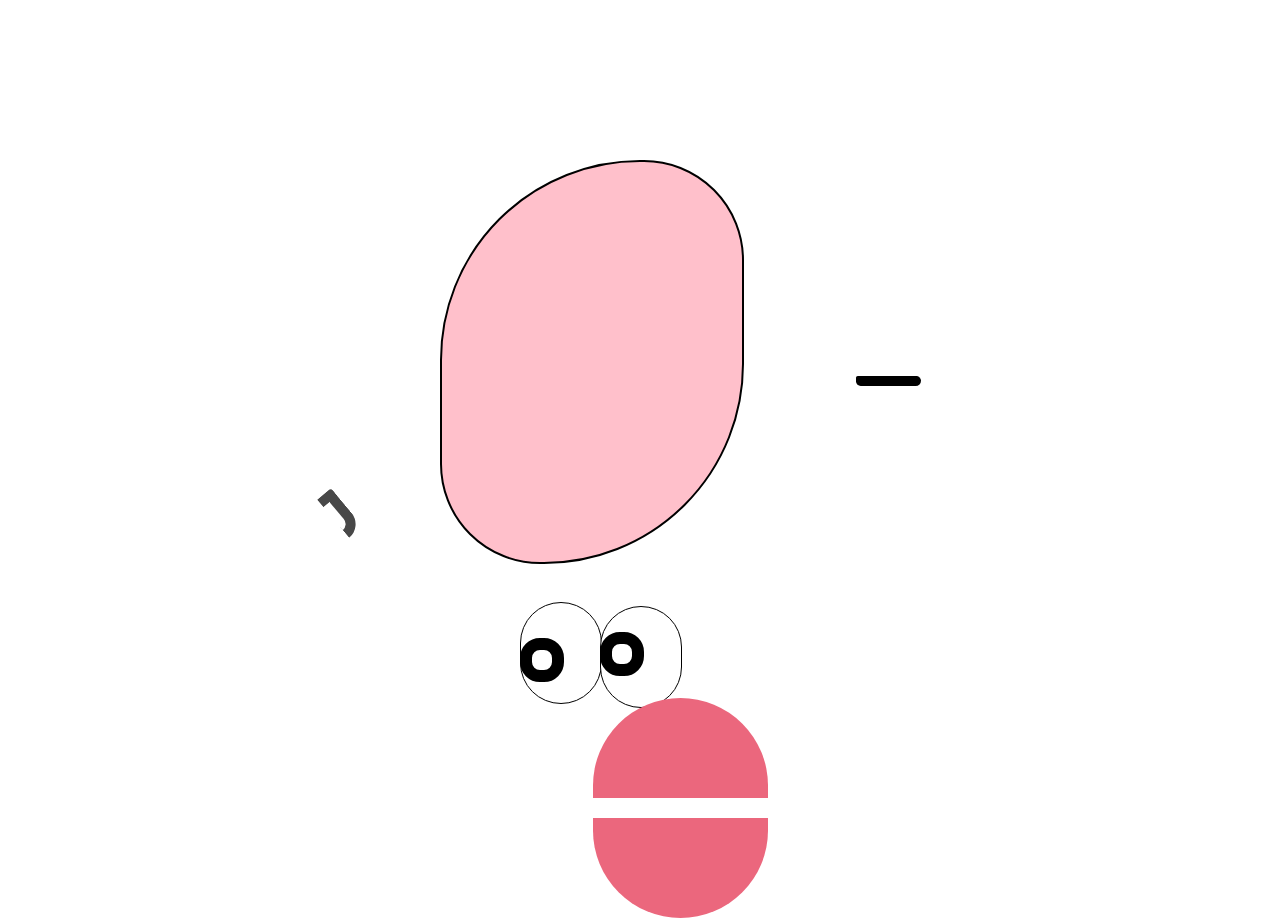
Repository: rodwestmoreland/1150
Page: cssCritter/index.html
An editor plug-in stored every save of this project. The page is shown before and after the next save, followed by the edit.
The browser window is 1280 px wide. The pictures show the whole page.

Above is the page before, as saved 2021-01-25 21:02:52.

### cssCritter/index.html
<!DOCTYPE html>
<html lang="en">
<head>
    <meta charset="UTF-8">
    <meta name="viewport" content="width=device-width, initial-scale=1.0">
    <link rel="stylesheet" href="style.css">
    <title>Welcome to SD 761</title>
</head>
<body>
    <div class="wrapper">
        <div class="object">  <div class="face"></div>
        <div class="left-eyebrow"></div>
          <div class="left-eye"></div>

          <div class="right-eye"></div>
          <div class="mouth"></div>

          <div class="left-pupil"></div>

          <div class="right-pupil"></div>
          <div class="right-eyebrow"></div>
      </div>

</body>
</html>

### cssCritter/style.css
.wrapper{
    position: absolute;
     top: 50%;
   margin-top:-200px;
     left: 50%;
   margin: -200px 0 0 -200px;
 }

 .face{
   width: 300px;
   height: 400px;
   border: solid 2px #000;
   background-color: pink;
   border-radius: 200px 100px;
   z-index: -1;
 }


 .left-eye{
   width: 80px;
   height: 100px;
   border: solid 1px #000;
   background-color: #fff;
   border-radius: 90px;
   margin-top: 20px;
   margin-left: 5em;
   z-index: 2;
 }
 .left-pupil{
    width: 20px;
    height: 20px;
    border: solid 12px #000;
    background-color: #fff;
    border-radius: 20px;
    margin-top: -280px;
    margin-left: 5em;
    z-index: 3;
  }
 .right-eye{
    width: 80px;
    height: 100px;
    border: solid 1px #000;
    background-color: #fff;
    border-radius: 90px;
    margin-top: -98px;
    margin-left: 10em;
    z-index: 2;
  }
  .right-pupil{
    width: 20px;
    height: 20px;
    border: solid 12px #000;
    background-color: #fff;
    border-radius: 20px;
    margin-top: -50px;
    margin-left: 10em;
    z-index: 3;
  }




  .right-eyebrow{
    width: 65px;
    height: 10px;
    background-color: #000;
    top: 50%;
    margin-top: -300px;
    margin-left: 26em;
    border-radius: 30px 80px 90px;
    z-index: 1;
  }
  .left-eyebrow{
    width: 30px;
    height: 8px;
    border-bottom-right-radius:100px;
    border-bottom-left-radius: 500px;
    border: 10px solid #484848;
    border-top: 0;
    position: relative;
    left: -125px;
    top: -60px;
    transform: rotate(-130deg);

  }
 .mouth{
    border-top: none;

    border-top: 100px solid rgb(235, 103, 125);
    -webkit-border-radius: 50px;

    border-bottom: 100px solid rgb(235, 103, 125);
    -webkit-border-radius: 100px;
    border-radius: 100px;
    height: 20px;
    width: 175px;
    margin: -10px auto 0;
    z-index: 10;
 }

After the next save:
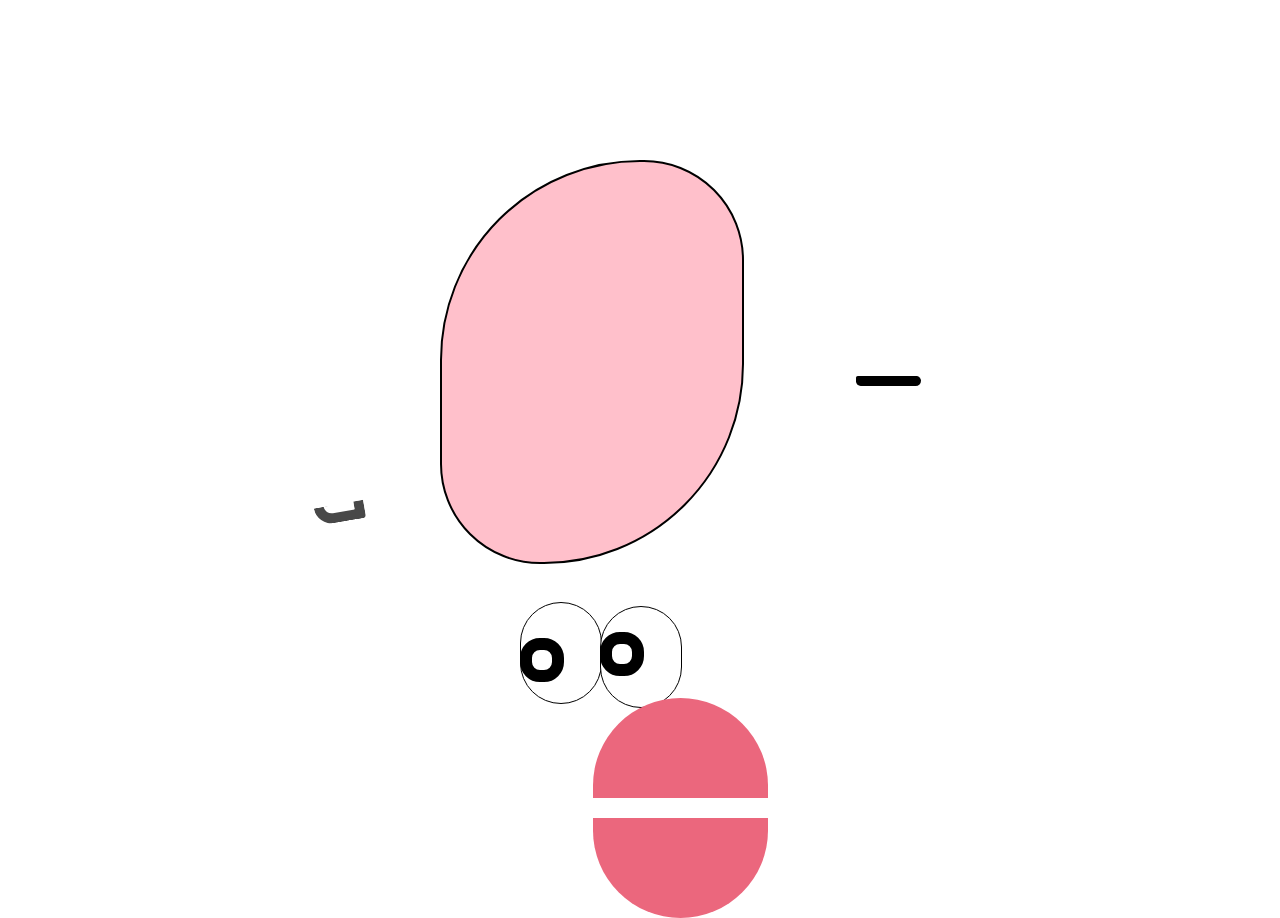
Saved 26 s later.
--- a/cssCritter/style.css
+++ b/cssCritter/style.css
@@ -80,7 +80,7 @@
     position: relative;
     left: -125px;
     top: -60px;
-    transform: rotate(-130deg);
+    transform: rotate(-10deg);
 
   }
  .mouth{
